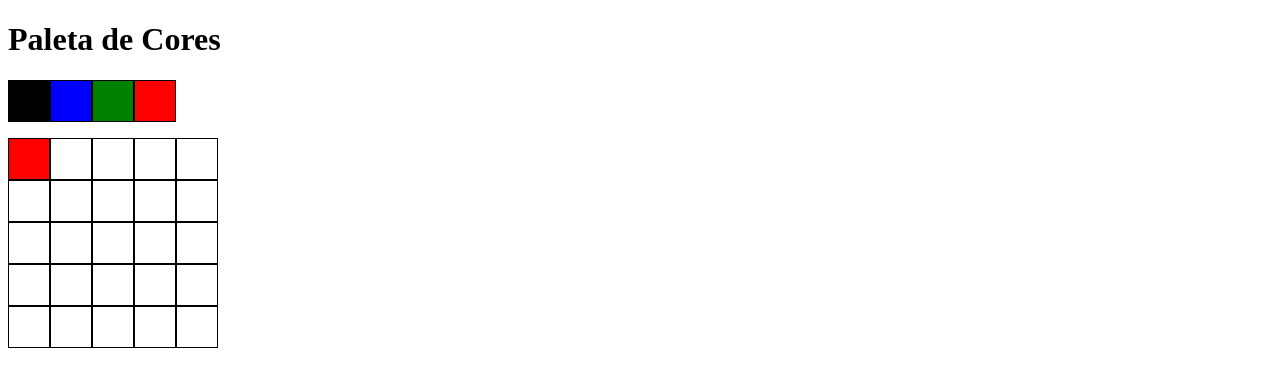
Repository: MuriloColleti/project-Pixer-Art
Page: index.html
An editor plug-in stored every save of this project. The page is shown before and after the next save, followed by the edit.
The browser window is 1280 px wide. The pictures show the whole page.
After loading, the first visible `div.pixel` was clicked once.

Above is the page before, as saved 2024-02-06 15:32:39.

### index.html
<!DOCTYPE html>
<html lang="en">
<head>
    <meta charset="UTF-8">
    <meta name="viewport" content="width=device-width, initial-scale=1.0">
    <link rel="stylesheet" href="style.css">
    <title>Paleta de Cores</title>
</head>

<body>
    <header> <h1 id="title"> Paleta de Cores </h1> </header>

<div id="pallet-container">
    <div class="square black color"></div>
    <div class="square blue color"></div>
    <div class="square green color"></div>
    <div class="square red color"></div>
</div>
    <main id="pixel-board"></main>

</body>

<script src="script.js"></script>

</html>

### style.css
.black{
    background-color: black;
}

.blue{
    background-color: blue;
}

.red{
    background-color: red;
}

.green{
    background-color: green;
}

.square{
    width: 40px;
    height: 40px;
    border: 1px solid black;
}

#pallet-container{
    display: flex;
    margin-bottom: 1rem;
}

.pixel{
    width: 40px;
    height: 40px;
    border: 1px solid black;
    display: flex;
}

#pixel-board{

    display: flex;
    flex-direction: column;
    justify-content: center;

}

.line{
    display: flex;
}

### script.js
const pixeltable = document.getElementById('pixel-board');
const colorPallet = document.getElementById('pallet-container')
let currentColor = 'black';


for (linha = 0; linha < 5; linha += 1) {

    var newLine = document.createElement('div')
    newLine.classList.add('line')
    pixeltable.appendChild(newLine);

    for (pixel = 0; pixel < 5; pixel += 1) {
        var newPixel = document.createElement('div')
        newPixel.classList.add('pixel')
        newPixel.addEventListener('click', paintpixel);
        newLine.appendChild(newPixel)
    }
}

colorPallet.addEventListener('click', function(event){
    if(event.target.classList.contains('color')){
        currentColor = event.target.style.backgroundColor;
    }
})







function paintpixel() {
    this.style.backgroundColor = 'red';
}

After the next save:
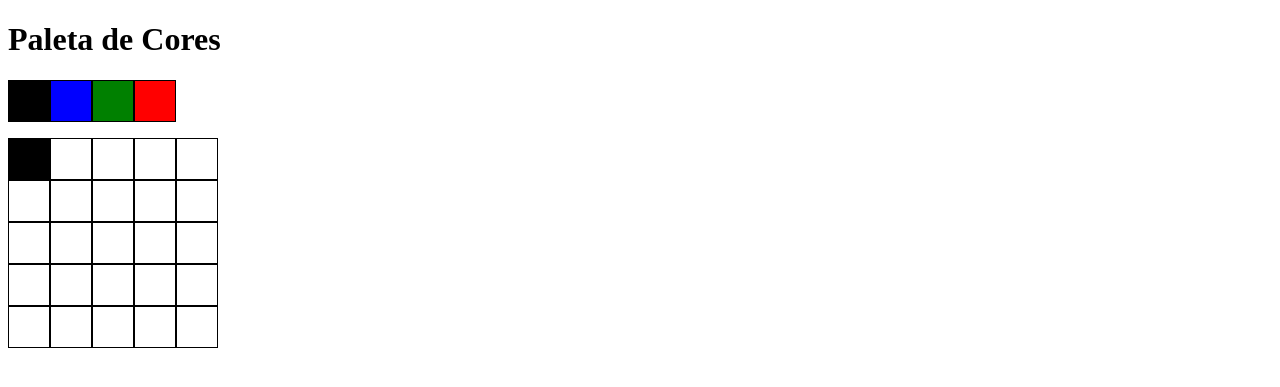
Saved 18 s later.
--- a/script.js
+++ b/script.js
@@ -23,12 +23,6 @@ colorPallet.addEventListener('click', function(event){
     }
 })
 
-
-
-
-
-
-
 function paintpixel() {
-    this.style.backgroundColor = 'red';
+    this.style.backgroundColor = currentColor;
 }
